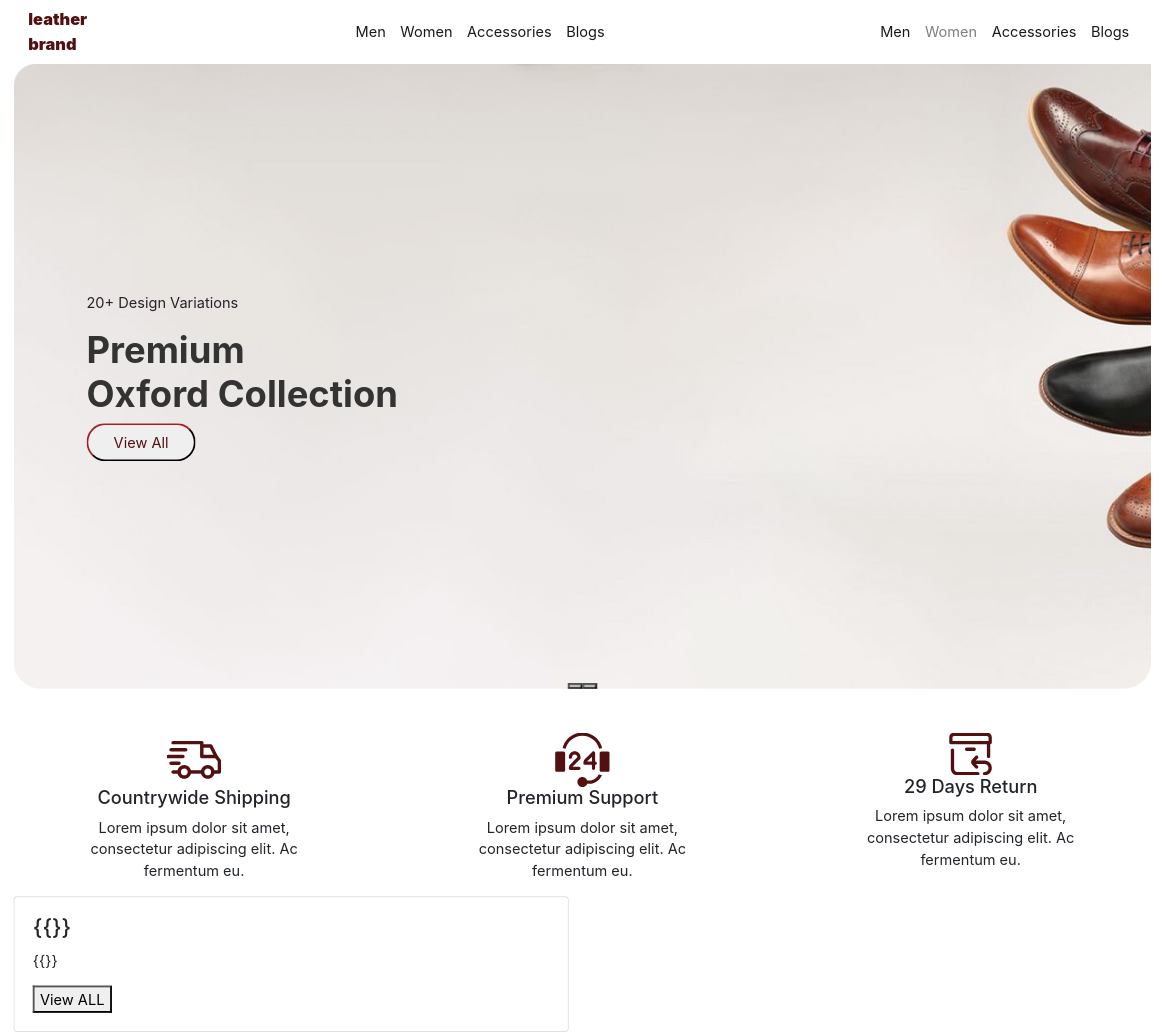
Repository: arif286/fashion-house
Page: /
The author's editor kept a copy of each file at every save. The page is drawn from the files as they stood at one save, then again after the next save.
The browser window is 1280 px wide. The pictures show the whole page, at 91% of full size.
The project was rebuilt for these pictures with package versions that can differ from the ones it lists, and the page was loaded fresh each time. The framework's server and built-in components were replaced by stand-ins that run in the browser. Also part of the build but not shown: nuxt.config.js, components/Contact.vue, components/DisplayCollection.vue, components/Footer.vue, components/NuxtLogo.vue, components/Products.vue, components/Tutorial.vue.

Above is the page before, as saved 2021-07-11 22:42:50.

### components/Nav.vue
<template>
  <nav class="navbar container navbar-expand-lg navbar-light">
    <div class="container-fluid">
      <div class="nav-title">
        <span>leather</span>
        <br />
        <span>brand</span>
      </div>
      <button
        class="navbar-toggler"
        type="button"
        data-bs-toggle="collapse"
        data-bs-target="#navbarSupportedContent"
        aria-controls="navbarSupportedContent"
        aria-expanded="false"
        aria-label="Toggle navigation"
      >
        <span class="navbar-toggler-icon"></span>
      </button>
      <div id="navbarSupportedContent" class="collapse navbar-collapse">
        <div class="d-flex justify-content-center w-100">
          <ul class="navbar-nav mb-2 mb-lg-0">
            <li class="nav-item">
              <a class="nav-link active" aria-current="page" href="#">Men</a>
            </li>
            <li class="nav-item">
              <a class="nav-link active" href="#">Women</a>
            </li>
            <li class="nav-item">
              <a class="nav-link active" href="#"> Accessories </a>
            </li>
            <li class="nav-item">
              <a class="nav-link active" href="#">Blogs</a>
            </li>
          </ul>
        </div>
        <div class="ml-auto">
          <ul class="navbar-nav mb-2 mb-lg-0">
            <li class="nav-item">
              <a class="nav-link active" aria-current="page" href="#">Men</a>
            </li>
            <li class="nav-item">
              <a class="nav-link" href="#">Women</a>
            </li>
            <li class="nav-item">
              <a class="nav-link active" href="#"> Accessories </a>
            </li>
            <li class="nav-item">
              <a class="nav-link active" href="#">Blogs</a>
            </li>
          </ul>
        </div>
      </div>
    </div>
  </nav>
</template>

<script></script>
<style scoped>
.nav-title {
  color: #521010;
  font-weight: 900;
  font-size: 18px;
}
.nav-title:hover {
  color: #521010;
  font-weight: bold;
}
.nav-item a {
  color: #000;
}
</style>

### components/NewCollection.vue
<template>
  <div class="container">
    <div class="row">
      <div class="col-md-6 col-12">
        <div class="card">
          <div class="card-body">
            <h4>{{}}</h4>
            <p>{{}}</p>
            <button>View ALL</button>
          </div>
        </div>
      </div>
    </div>
  </div>
</template>
<script>
export default {
  props: {
    collections: {
      type: Array,
      required: true,
    },
  },
}
</script>
<style></style>

### components/Service.vue
<template>
  <div class="container">
    <div class="row">
      <div
        v-for="service in services"
        :key="service.id"
        class="col-md-4 col-12"
      >
        <div class="d-flex justify-content-center">
          <div class="service-box text-center">
            <img :src="require(`@/assets/Images/${service.image}`)" alt="" />
            <h5>{{ service.title }}</h5>
            <p>{{ service.text }}</p>
          </div>
        </div>
      </div>
    </div>
  </div>
</template>

<script>
export default {
  props: {
    services: { type: Array, required: true },
  },
}
</script>
<style>
.service-box {
  width: 250px;
}
</style>

### components/Slider.vue
<template>
  <div class="container mb-5">
    <div
      id="carouselExampleIndicators"
      class="carousel slide"
      data-bs-ride="carousel"
    >
      <div class="carousel-indicators">
        <button
          type="button"
          data-bs-target="#carouselExampleIndicators"
          data-bs-slide-to="0"
          class="active"
          aria-current="true"
          aria-label="Slide 1"
        ></button>
        <button
          type="button"
          data-bs-target="#carouselExampleIndicators"
          data-bs-slide-to="1"
          aria-label="Slide 2"
        ></button>
      </div>
      <div class="carousel-inner">
        <div class="carousel-item active d-flex align-items-center">
          <div class="slider-content">
            <p>20+ Design Variations</p>
            <h1>
              Premium
              <br />
              Oxford Collection
            </h1>
            <button>View All</button>
          </div>
        </div>
        <div class="carousel-item">
          <div class="slider-content">
            <p>20+ Design Variations</p>
            <h1>
              Premium
              <br />
              Oxford Collection
            </h1>
            <button>View All</button>
          </div>
        </div>
      </div>
    </div>
  </div>
</template>

<script></script>
<style>
.carousel-item {
  background-image: url('@/assets/Images/hero1.png');
  background-repeat: no-repeat;
  width: 100%;
  background-size: cover;
  height: 687px;
  border-bottom-left-radius: 30px;
  border-bottom-right-radius: 30px;
}
.slider-content {
  margin-left: 80px;
}
.slider-content h1 {
  color: #333333;
  font-weight: 700;
}
.slider-content button {
  border-radius: 30px;
  width: 120px;
  padding: 7px 15px;
  border-color: #521010;
  color: #521010;
}
</style>

### pages/index.vue
<template>
  <div>
    <Nav />
    <Slider />
    <Service :services="serviceData" />
    <NewCollection :collections="collections" />
  </div>
</template>

<script>
import { serviceData, newCollectionData } from '@/assets/data.js'
export default {
  data() {
    return {
      serviceData,
      collections: newCollectionData,
    }
  },
}
</script>
<style>
@import url('https://fonts.googleapis.com/css2?family=Roboto:ital,wght@0,100;0,300;0,400;0,500;0,700;0,900;1,100;1,300;1,400;1,500;1,700;1,900&display=swap');

.body {
  font-family: 'Roboto', sans-serif;
}
.container {
  max-width: 1780px;
}
</style>

### assets/data.js
export const serviceData = [
  {
    id: 1,
    image: 'delivery.svg',
    title: 'Countrywide Shipping',
    text: 'Lorem ipsum dolor sit amet, consectetur adipiscing elit. Ac fermentum eu.',
  },
  {
    id: 2,
    image: 'call-center.svg',
    title: 'Premium Support',
    text: 'Lorem ipsum dolor sit amet, consectetur adipiscing elit. Ac fermentum eu.',
  },
  {
    id: 3,
    image: 'return.svg',
    title: '29 Days Return',
    text: 'Lorem ipsum dolor sit amet, consectetur adipiscing elit. Ac fermentum eu.'
  }
]

export const newCollectionData = [
  {
    id: 1,
    image: 'newarrivals1.png',
    title: 'Black Leather Combo!',
    text: 'Lorem ipsum dolor sit amet, consectetur adipiscing elit. Ac fermentum eu.',
  },
  {
    id: 1,
    image: 'promo.png',
    title: 'Black Leather Combo!',
    text: 'Lorem ipsum dolor sit amet, consectetur adipiscing elit. Ac fermentum eu.',
  }
]

After the next save:
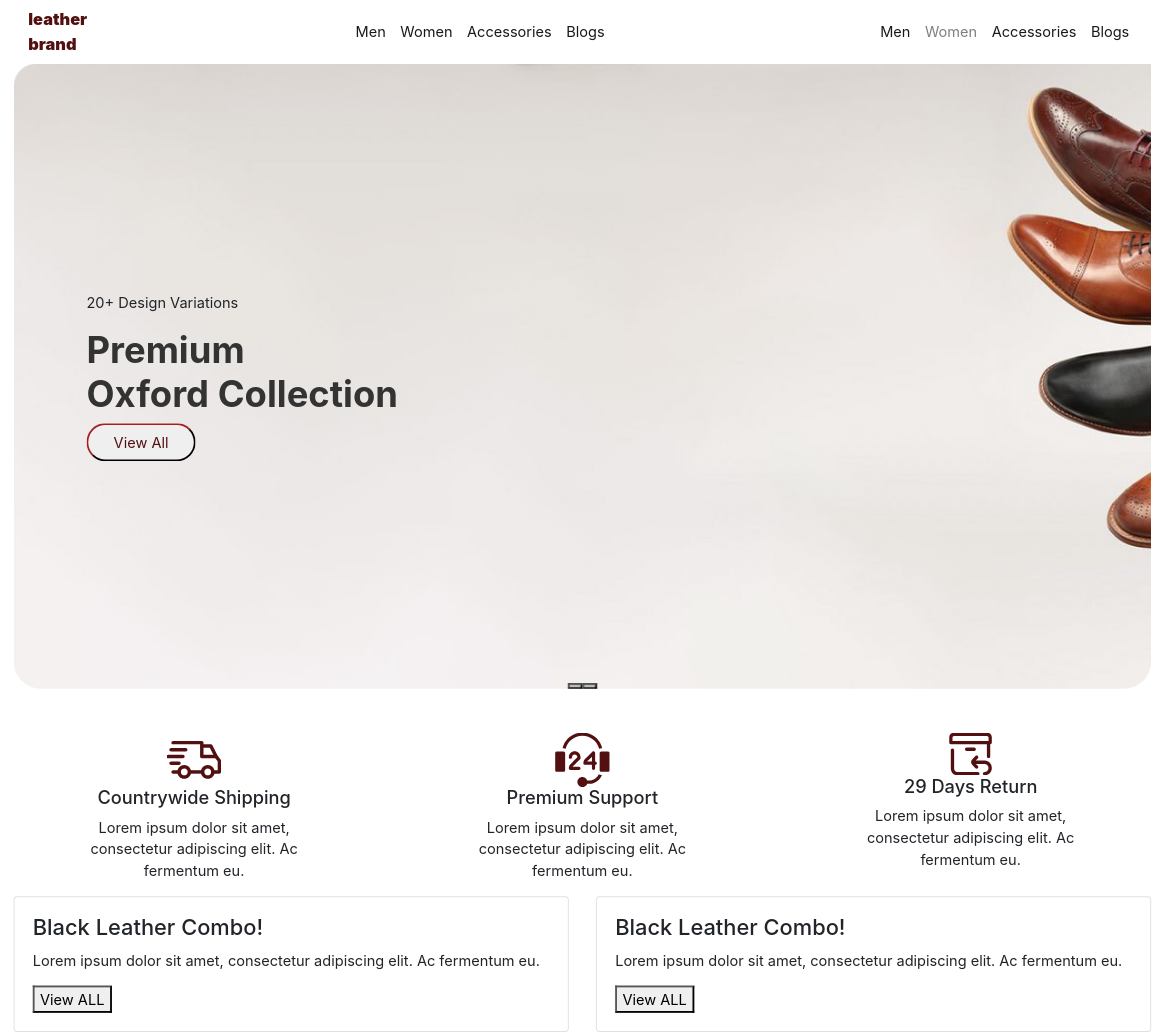
Saved 75 s later.
--- a/components/NewCollection.vue
+++ b/components/NewCollection.vue
@@ -1,11 +1,11 @@
 <template>
   <div class="container">
     <div class="row">
-      <div class="col-md-6 col-12">
+      <div v-for="item in collections" :key="item.id" class="col-md-6 col-12">
         <div class="card">
           <div class="card-body">
-            <h4>{{}}</h4>
-            <p>{{}}</p>
+            <h4>{{ item.title }}</h4>
+            <p>{{ item.text }}</p>
             <button>View ALL</button>
           </div>
         </div>
